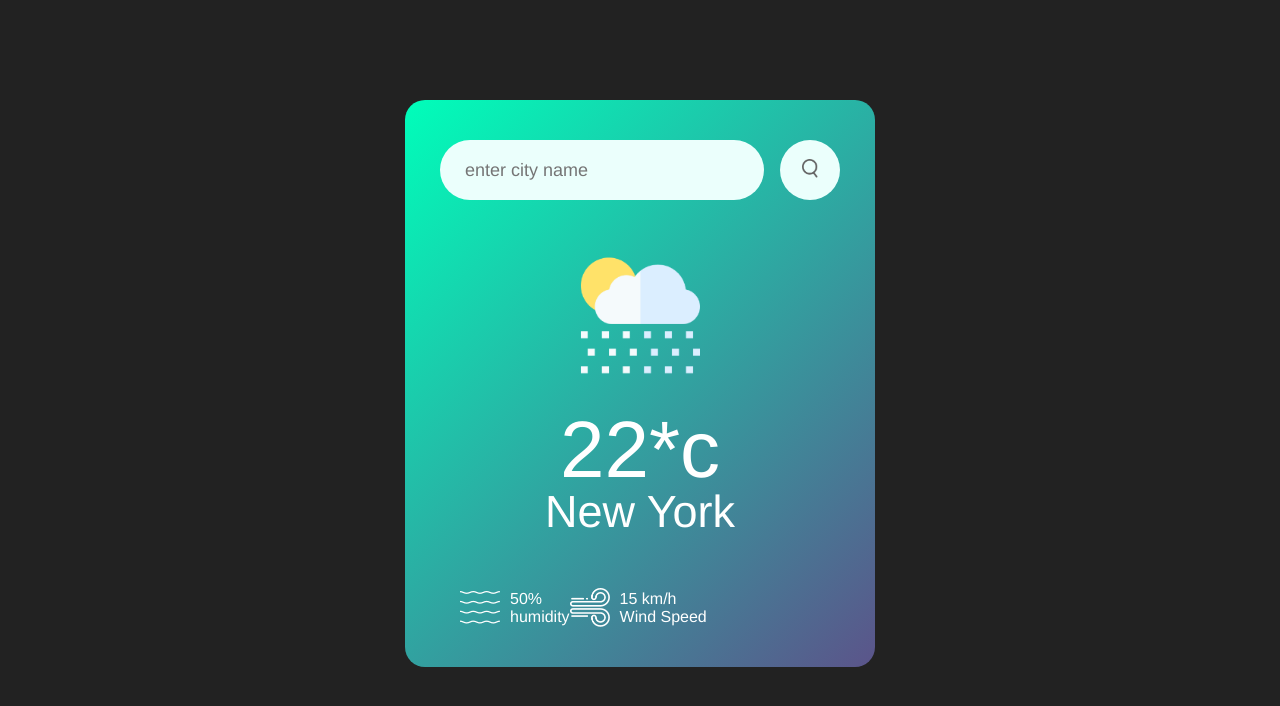
Repository: sodmaq/weatherApp
Page: index.html
An editor plug-in stored every save of this project. The page is shown before and after the next save, followed by the edit.
The browser window is 1280 px wide. The pictures show the whole page.

Above is the page before, as saved 2023-06-24 22:58:14.

After the next save:
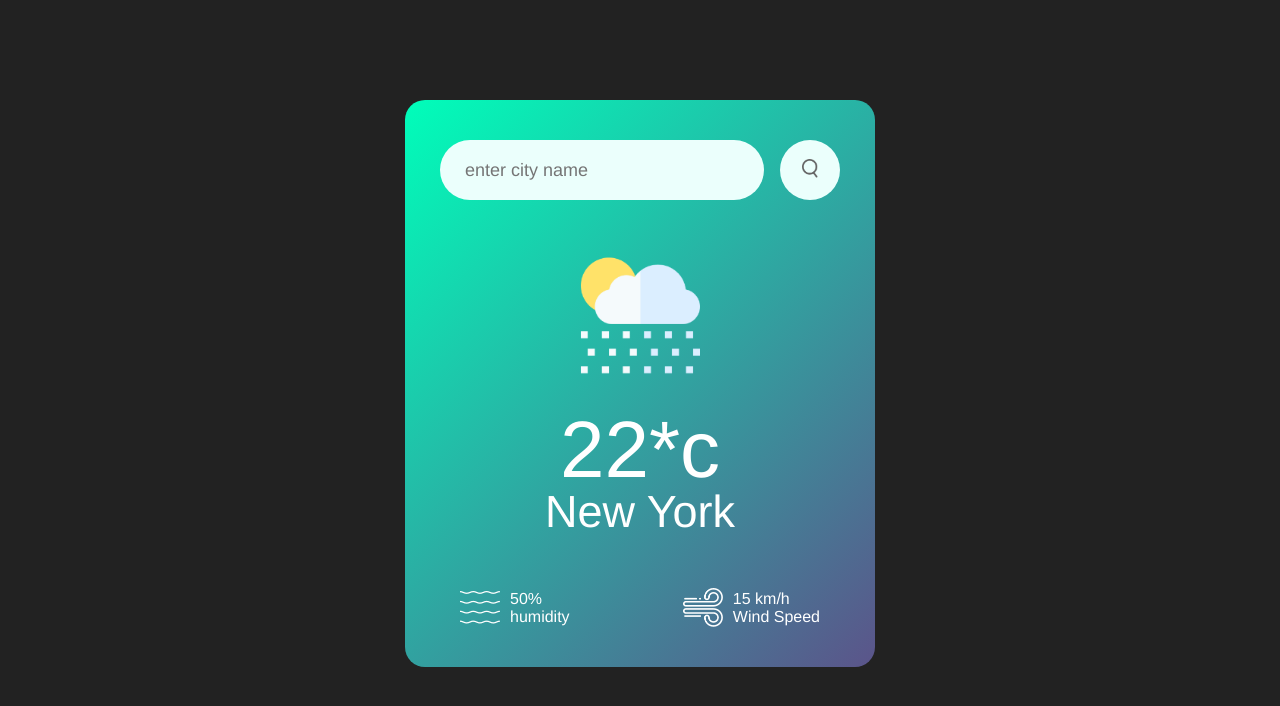
Saved 71 s later.
--- a/index.html
+++ b/index.html
@@ -23,13 +23,13 @@
               <p class="humidity">50%</p>
               <p>humidity</p>
             </div>
-
-            <div class="col">
-                <img src="images/wind.png" alt="wind_icon" />
-                <div>
-                  <p class="Wind">15 km/h</p>
-                  <p>Wind Speed</p>
-                </div>
+          </div>
+          <div class="col">
+            <img src="images/wind.png" alt="wind_icon" />
+            <div>
+              <p class="Wind">15 km/h</p>
+              <p>Wind Speed</p>
+            </div>
           </div>
         </div>
       </div>
